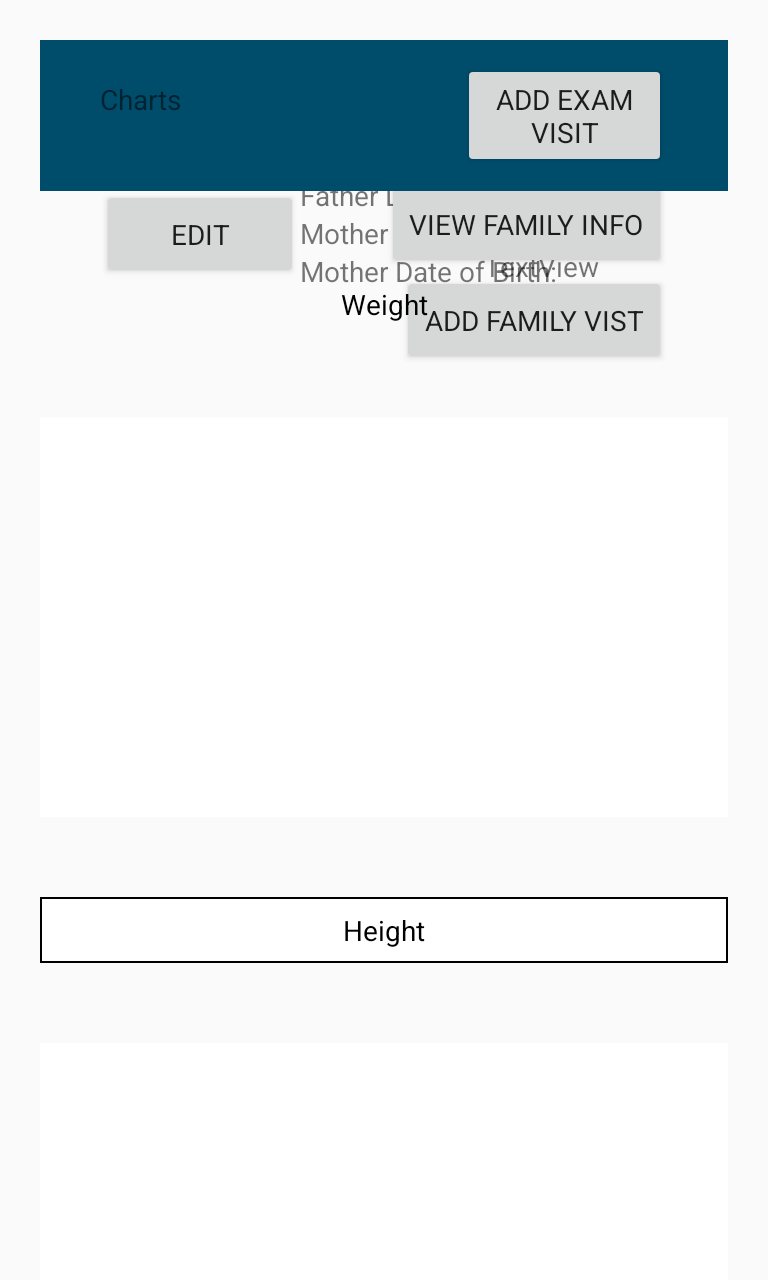
Repository: achavez812/GuatemalaProject2
Layout: GuateMedic-master/GuateMedic/res/layout/activity_view_family.xml
The author's editor kept a copy of each file at every save. The layout is drawn from the files as they stood at one save, then again after the next save.
It is drawn on a 768 x 1280 px phone screen (xhdpi) without system bars, with theme AppTheme; the app's code is not run. Lists and similar views that code fills are empty.

Above is the layout before, as saved 2014-06-30 20:39:06.

### GuateMedic-master/GuateMedic/res/layout/activity_view_family.xml
<ScrollView xmlns:android="http://schemas.android.com/apk/res/android"
     android:layout_width="wrap_content"
    android:layout_height="fill_parent"
    android:scrollbars="none">

	<RelativeLayout
    android:layout_width="fill_parent"
    android:layout_height="wrap_content">




		<RelativeLayout
    	android:id="@+id/familydetails"
    	android:layout_width="match_parent"
    	android:layout_height="wrap_content"
    	android:padding="30dp"
    	android:layout_margin="20dp">

			<Button
        	android:id="@+id/edit_family_detail"
        	android:layout_width="100dp"
        	android:layout_height="wrap_content"
			android:layout_alignParentLeft="true"
			android:layout_centerVertical="true"
        	android:text="EDIT"/>


    		<TextView
        	android:id="@+id/view_family_name"
        	android:layout_width="wrap_content"
        	android:layout_height="wrap_content"
        	android:layout_toRightOf="@+id/edit_family_detail"
        	android:layout_alignParentTop="true"
        	android:text="TextView" />

	    <!-- Labels start here -->








    		<TextView
    	    android:id="@+id/father_name_text"
    	    android:layout_width="wrap_content"
    	    android:layout_height="wrap_content"
    	    android:layout_below="@+id/view_family_name"
    	    android:layout_alignLeft="@+id/view_family_name"
    	    android:text="Father Name: "
    	    />
    	<TextView
    	    android:id="@+id/father_dob_text"
    	    android:layout_width="wrap_content"
    	    android:layout_height="wrap_content"
    	    android:layout_below="@+id/father_name_text"
    	    android:layout_alignLeft="@+id/view_family_name"
    	    android:text="Father Date of Birth: "
    	    />

    	<TextView
    	    android:id="@+id/mother_name_text"
    	    android:layout_width="wrap_content"
    	    android:layout_height="wrap_content"
    	    android:layout_below="@+id/father_dob_text"
    	    android:layout_alignLeft="@+id/view_family_name"
    	    android:text="Mother Name: "/>

    	<TextView
    	    android:id="@+id/mother_dob_text"
    	    android:layout_width="wrap_content"
    	    android:layout_height="wrap_content"
    	    android:layout_below="@+id/mother_name_text"
    	    android:layout_alignLeft="@+id/view_family_name"
    	    android:text="Mother Date of Birth: "/>



	    <TextView
	        android:id="@+id/father_name"
	        android:layout_width="wrap_content"
	        android:layout_height="wrap_content"
        	android:layout_toRightOf="@+id/father_name_text"
	        android:layout_below="@+id/view_family_name"
	        android:text="TextView" />

	    <TextView
	        android:id="@+id/father_dob"
	        android:layout_width="wrap_content"
	        android:layout_height="wrap_content"
        	android:layout_toRightOf="@+id/father_dob_text"
	        android:layout_below="@+id/father_name"
	        android:text="TextView" />

	    <TextView
	        android:id="@+id/mother_name"
	        android:layout_width="wrap_content"
	        android:layout_height="wrap_content"
        	android:layout_toRightOf="@+id/mother_name_text"
	        android:layout_below="@+id/father_dob"
	        android:text="TextView" />

	    <TextView
	        android:id="@+id/birth_weight"
	        android:layout_width="wrap_content"
	        android:layout_height="wrap_content"
	        android:layout_toRightOf="@+id/birth_weight_text"
	        android:layout_below="@+id/youngest_sibling_dob_text"
	        android:text="TextView"
	        />

	    <TextView
	        android:id="@+id/birth_height"
	        android:layout_width="wrap_content"
	        android:layout_height="wrap_content"
	        android:layout_toRightOf="@+id/birth_height_text"
	        android:layout_below="@+id/birth_weight"
	        android:text="TextView"
	        />
	    <Button
	        android:id="@+id/view_family_info_cont"
	        android:layout_width="wrap_content"
	        android:layout_height="wrap_content"
	        android:layout_below="@+id/birth_height"
	        android:text="VIEW FAMILY INFO"
	        android:layout_alignParentRight="true"/>
	    <Button
	        android:id="@+id/add_family_visits_cont"
	        android:layout_width="wrap_content"
	        android:layout_height="wrap_content"
	        android:layout_below="@+id/view_family_info_cont"
	        android:text="ADD FAMILY VIST"
	        android:layout_alignParentRight="true"/>

    	<TextView
        android:id="@+id/clickfordetails_text"
        android:layout_width="wrap_content"
        android:layout_height="wrap_content"
        android:layout_alignParentRight="true"
        android:layout_alignParentTop="true"
        android:text="Click Box For More Details"
        />

<!--
    	<TextView
        	android:id="@+id/textView5"
        	android:layout_width="wrap_content"
        	android:layout_height="wrap_content"
        	android:layout_alignLeft="@id/textView4"
        	android:layout_below="@+id/textView4"
        	android:text="Number in Household: " />



    	<TextView
        	android:id="@+id/textView6"
        	android:layout_width="wrap_content"
        	android:layout_height="wrap_content"
        	android:layout_alignLeft="@id/textView5"
        	android:layout_below="@+id/textView5"
        	android:text="Sibling Information: " />

    	<TextView
        	android:id="@+id/textView7"
        	android:layout_width="wrap_content"
       		android:layout_height="wrap_content"
        	android:layout_alignLeft="@id/textView6"
        	android:layout_below="@+id/textView6"
        	android:text="Breastfeeding Information: " />

    	<TextView
        	android:id="@+id/textView8"
       		android:layout_width="wrap_content"
        	android:layout_height="wrap_content"
        	android:layout_alignLeft="@id/textView7"
        	android:layout_below="@+id/textView7"
        	android:text="Fathers Occupation: " /> -->

		<!-- Labels End Here -->

		<!-- Information Fields Start here -->
    	<!--  <TextView
        	android:id="@+id/record_no"
        	android:layout_width="wrap_content"
        	android:layout_height="wrap_content"
        	android:layout_above="@+id/textView2"
     		android:layout_marginRight="10dp"
        	android:layout_toRightOf="@+id/edit_image_url"
        	android:text="TextView" />-->

    	<TextView
        	android:id="@+id/gender"
        	android:layout_width="wrap_content"
        	android:layout_height="wrap_content"
        	android:layout_alignBottom="@+id/textView2"
        	android:layout_toRightOf="@+id/textView2"
        	android:text="TextView" />

	    <TextView
	        android:id="@+id/dob"
	        android:layout_width="wrap_content"
	        android:layout_height="wrap_content"
        	android:layout_toRightOf="@+id/textView3"
	        android:layout_below="@+id/gender"
	        android:text="TextView" />




       <!--<TextView
        	android:id="@+id/household_no"
        	android:layout_width="wrap_content"
        	android:layout_height="wrap_content"
        	android:layout_below="@+id/gestation_time"
        	android:layout_toRightOf="@+id/textView5"
        	android:text="TextView" />

	    <TextView
	        android:id="@+id/sibling_info"
	        android:layout_width="wrap_content"
	        android:layout_height="wrap_content"
        	android:layout_toRightOf="@+id/textView6"
	        android:layout_below="@+id/household_no"
	        android:text="TextView" />

	    <TextView
	        android:id="@+id/breastfeed_info"
	        android:layout_width="wrap_content"
	        android:layout_height="wrap_content"
        	android:layout_toRightOf="@+id/textView7"
	        android:layout_below="@+id/sibling_info"
	        android:text="TextView" />

	    <TextView
	        android:id="@+id/father_occupation"
	        android:layout_width="wrap_content"
	        android:layout_height="wrap_content"
        	android:layout_toRightOf="@+id/textView8"
	        android:layout_below="@+id/breastfeed_info"
	        android:text="TextView" />-->
	</RelativeLayout>





	<LinearLayout
	    android:background="#004d6b"
	    android:id="@+id/charts_bar"
	    android:paddingTop="10dp"
	    android:paddingBottom="10dp"
	    android:paddingRight="30dp"
	    android:paddingLeft="30dp"
	    android:layout_margin="20dp"
	    android:layout_width="match_parent"
	    android:layout_height="wrap_content"
	    android:layout_below="@+id/patientdetails">

		<TextView
	    	android:id="@+id/charts_title"
	    	android:layout_weight="7"
	    	android:layout_width="0dp"
	    	android:layout_height="wrap_content"
	    	android:text="Charts"
	    	android:layout_centerVertical="true"/>

	    <Button
        	android:id="@+id/add_exam_info"
	    	android:layout_weight="4"
	    	android:layout_width="0dp"
        	android:layout_height="wrap_content"
        	android:layout_toRightOf="@+id/charts_title"
        	android:text="ADD EXAM VISIT"

        	/>

	</LinearLayout>



    <TextView
        android:id="@+id/textView9"
        android:layout_width="match_parent"
        android:layout_height="wrap_content"
        android:layout_below="@+id/charts_bar"
        android:layout_marginTop="21dp"
        android:text="Weight"
        android:gravity="center"
        android:textColor="#000000"
        android:paddingTop="7dp"
        android:paddingBottom="7dp"
    	android:layout_margin="20dp"/>

    <LinearLayout
        android:id="@+id/weight_chart"
        android:layout_width="match_parent"
        android:layout_height="200dp"
        android:layout_below="@+id/textView9"
        android:layout_marginTop="16dp"
        android:background="#ffffff"
        android:orientation="horizontal"
       	android:layout_margin="20dp"
       	android:padding="20dp" >
    </LinearLayout>


    <TextView
        android:id="@+id/textView10"
        android:layout_width="match_parent"
        android:layout_height="wrap_content"
        android:layout_alignParentLeft="true"
        android:layout_below="@+id/weight_chart"
        android:layout_marginTop="19dp"
        android:background="@drawable/cell_shape"
        android:gravity="center"
    	android:layout_margin="20dp"
        android:text="Height"
        android:paddingTop="7dp"
        android:paddingBottom="7dp"
        android:textColor="#000000" />

    <LinearLayout
        android:id="@+id/height_chart"
        android:layout_width="match_parent"
        android:layout_height="200dp"
        android:layout_below="@+id/textView10"
        android:layout_marginTop="14dp"
        android:background="#ffffff"
        android:orientation="horizontal"
        android:layout_margin="20dp"
       	android:padding="20dp" >
    </LinearLayout>

    <TextView
        android:id="@+id/textView11"
        android:layout_width="match_parent"
        android:layout_height="wrap_content"
        android:layout_alignParentLeft="true"
        android:layout_below="@+id/height_chart"
        android:layout_margin="20dp"
        android:gravity="center"
        android:paddingTop="7dp"
        android:paddingBottom="7dp"
        android:text="Exam Visit Information"
        android:textColor="#000000" />


	<RelativeLayout
	    android:layout_below="@+id/textView11"
	    android:padding="30dp"
	    android:layout_margin="20dp"
		android:id="@+id/examvisitinfo"
		android:layout_width="match_parent"
		android:layout_height="wrap_content"
		android:layout_marginBottom="40dp">

	    <LinearLayout
	        android:id="@+id/examinfotitle"
	        android:layout_width="match_parent"
	        android:layout_height="wrap_content">

	       	<TextView
        		android:id="@+id/textView12"
        		android:layout_weight="1.5"
        		android:layout_width="0dp"
        		android:layout_height="wrap_content"
        		android:text="ID" />

	       	<TextView
        		android:id="@+id/textView13"
        		android:layout_weight="3"
        		android:layout_width="0dp"
        		android:layout_height="wrap_content"
        		android:text="Exam Date" />

    		<TextView
        		android:id="@+id/textView14"
        		android:layout_weight="3"
        		android:layout_width="0dp"
        		android:layout_height="wrap_content"
        		android:text="Weight" />

    		<TextView
        		android:id="@+id/textView15"
        		android:layout_weight="3"
        		android:layout_width="0dp"
        		android:layout_height="wrap_content"
        		android:text="Height" />
		</LinearLayout>
    	<ListView
        	android:id="@+id/examdetails"
        	android:layout_width="match_parent"
        	android:layout_height="185dp"
        	android:layout_below="@+id/examinfotitle"
        	android:layout_marginTop="16dp"/>
	</RelativeLayout>

	<TextView
	    android:visibility="invisible"
	    android:layout_below="@+id/examvisitinfo"
	    android:layout_width="match_parent"
	    android:layout_height="wrap_content"
	 />
</RelativeLayout>
</ScrollView>

### GuateMedic-master/GuateMedic/res/values/styles.xml
<resources xmlns:android="http://schemas.android.com/apk/res/android">

    <!--
        Base application theme, dependent on API level. This theme is replaced
        by AppBaseTheme from res/values-vXX/styles.xml on newer devices.
    -->

    <!-- Application theme. -->
    <style name="AppTheme" parent="@style/Theme.AppCompat.Light.DarkActionBar">
        <!-- All customizations that are NOT specific to a particular API-level can go here. -->
    	<item name="android:typeface">sans</item>
        <item name="actionBarStyle">@style/MyActionBar</item>
    	<item name="android:actionBarStyle">@style/MyActionBar</item>
    	<item name="android:actionOverflowButtonStyle">@style/OverFlow</item>
    	<item name="android:popupMenuStyle">@style/MyPopupMenu</item>
    	<item name="popupMenuStyle">@style/MyPopupMenu</item>
        <item name="android:panelBackground">#004d6b</item>
         <item name="android:itemTextAppearance">@style/myCustomMenuTextApearance</item>

    </style>
       <style name="myCustomMenuTextApearance" parent="@android:style/TextAppearance.Widget.IconMenu.Item">
        <item name="android:textColor">#FFFFFF</item>
        <item name="android:textSize">20sp</item>

    </style>
    <style name="MyActionBar" parent="@style/Widget.AppCompat.Light.ActionBar.Solid.Inverse">
        <item name="android:background">#004d6b</item>
        <item name="android:titleTextStyle">@style/TitleText</item>



    </style>

    <style name ="MyPopupMenu" parent="android:Theme.Holo.Light">
        <item name="android:popupBackground">#004d6b</item>
    </style>

    <style name="OverFlow" parent="@android:style/Widget.Holo.ActionButton.Overflow">
    	<item name="android:src">@drawable/ic_action_overflow</item>
	</style>
    <style name="TitleText">
        <item name="android:textColor">#FFFFFF</item>
        <item name="android:typeface">sans</item>
        <item name="android:textSize">30sp</item>

    </style>
	<!--
	<style name="HomePage" parent="AppTheme">
	<item name="android:background"> @drawable/guatemala_home_bg </item>
	</style>
	    -->





</resources>

### GuateMedic-master/GuateMedic/res/drawable/cell_shape.xml
<?xml version="1.0" encoding="utf-8"?>
<shape
  xmlns:android="http://schemas.android.com/apk/res/android"
    android:shape= "rectangle"  >
        <solid android:color="#fff"/>
        <stroke android:width="1dp"  android:color="#000"/>
</shape>

After the next save:
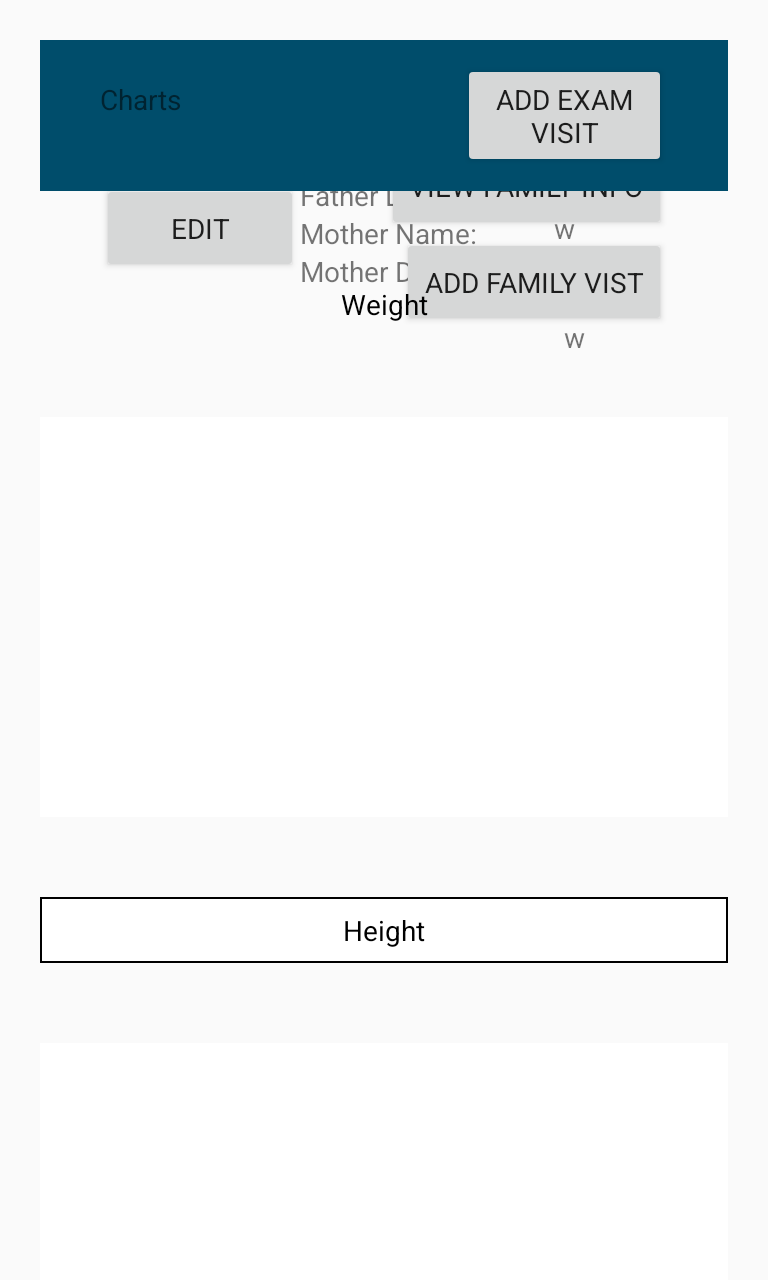
Saved 28 s later.
--- a/GuateMedic-master/GuateMedic/res/layout/activity_view_family.xml
+++ b/GuateMedic-master/GuateMedic/res/layout/activity_view_family.xml
@@ -103,11 +103,11 @@
 	        android:text="TextView" />
 
 	    <TextView
-	        android:id="@+id/birth_weight"
-	        android:layout_width="wrap_content"
-	        android:layout_height="wrap_content"
-	        android:layout_toRightOf="@+id/birth_weight_text"
-	        android:layout_below="@+id/youngest_sibling_dob_text"
+	        android:id="@+id/mother_dob"
+	        android:layout_width="wrap_content"
+	        android:layout_height="wrap_content"
+	        android:layout_toRightOf="@+id/mother_dob_text"
+	        android:layout_below="@+id/mother_name"
 	        android:text="TextView"
 	        />
 
